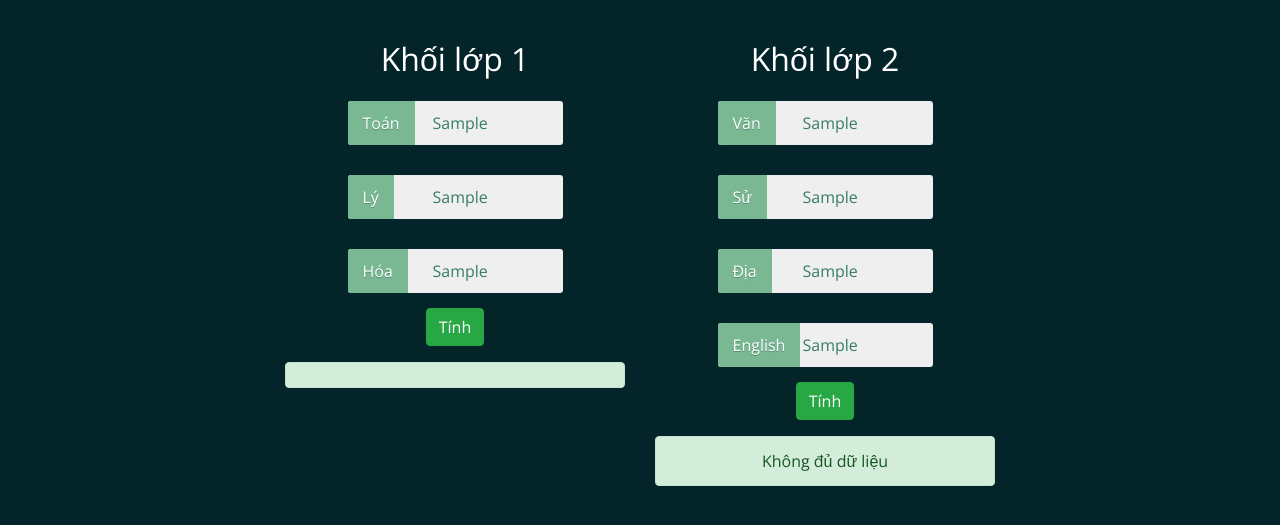
Repository: phongthanhh/ES6-Day1
Page: baitapRest/index.html
These files come from the project's save history. The page is drawn as it stood at one moment and after a run of saves; the edit follows.
The browser window is 1280 px wide. The pictures show the whole page.
Empty fields were first filled with sample values (such as "Sample", 5 or name@example.com).
After loading, the first visible `#btnKhoi2` was clicked once.

Above is the page before, as saved 2022-11-22 17:06:05.

After the next 2 saves:
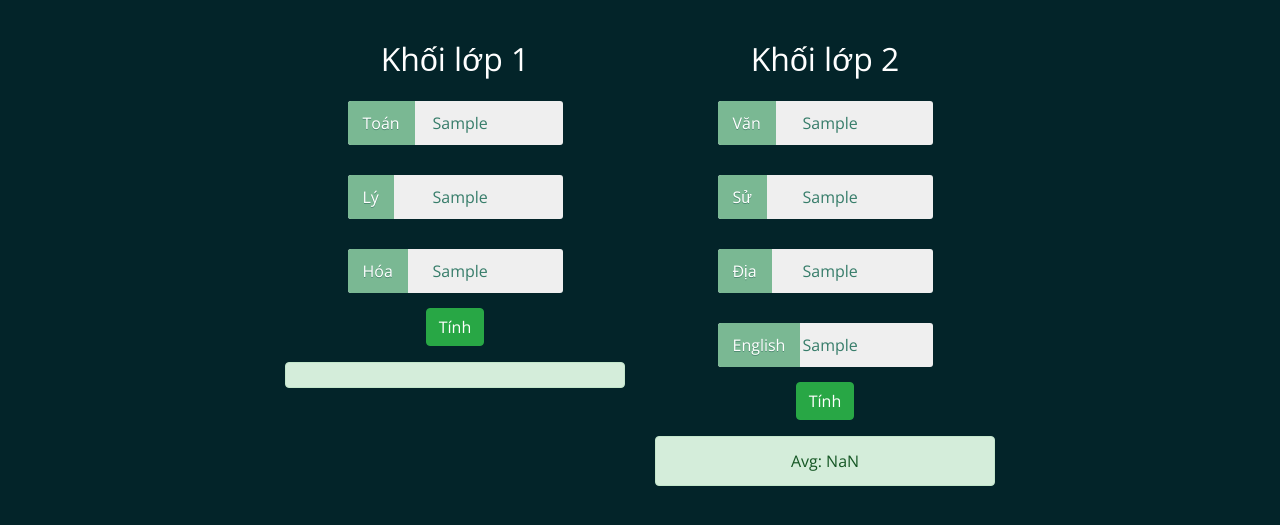
The 2 saves are shown as one change because they came seconds apart.
The last was saved 9 s later.
--- a/baitapRest/js/main.js
+++ b/baitapRest/js/main.js
@@ -6,6 +6,7 @@
     const getToan = Number(getEl('inpToan').value);
     const getLy = Number(getEl('inpLy').value);
     const getHoa = Number(getEl('inpHoa').value)
+
     avg(getToan, getLy, getHoa)
 }
 
@@ -15,8 +16,7 @@
     const getDia = Number(getEl('inpDia').value)
     const getEng = Number(getEl('inpEnglish').value)
 
-    if (getVan && getSu && getDia && getEng) avg(getVan, getSu, getDia, getEng)
-    else msgKhoi2.innerHTML = `Không đủ dữ liệu`
+    avg(getVan, getSu, getDia, getEng)
 }
 
 // Hàm tính dtb chung
